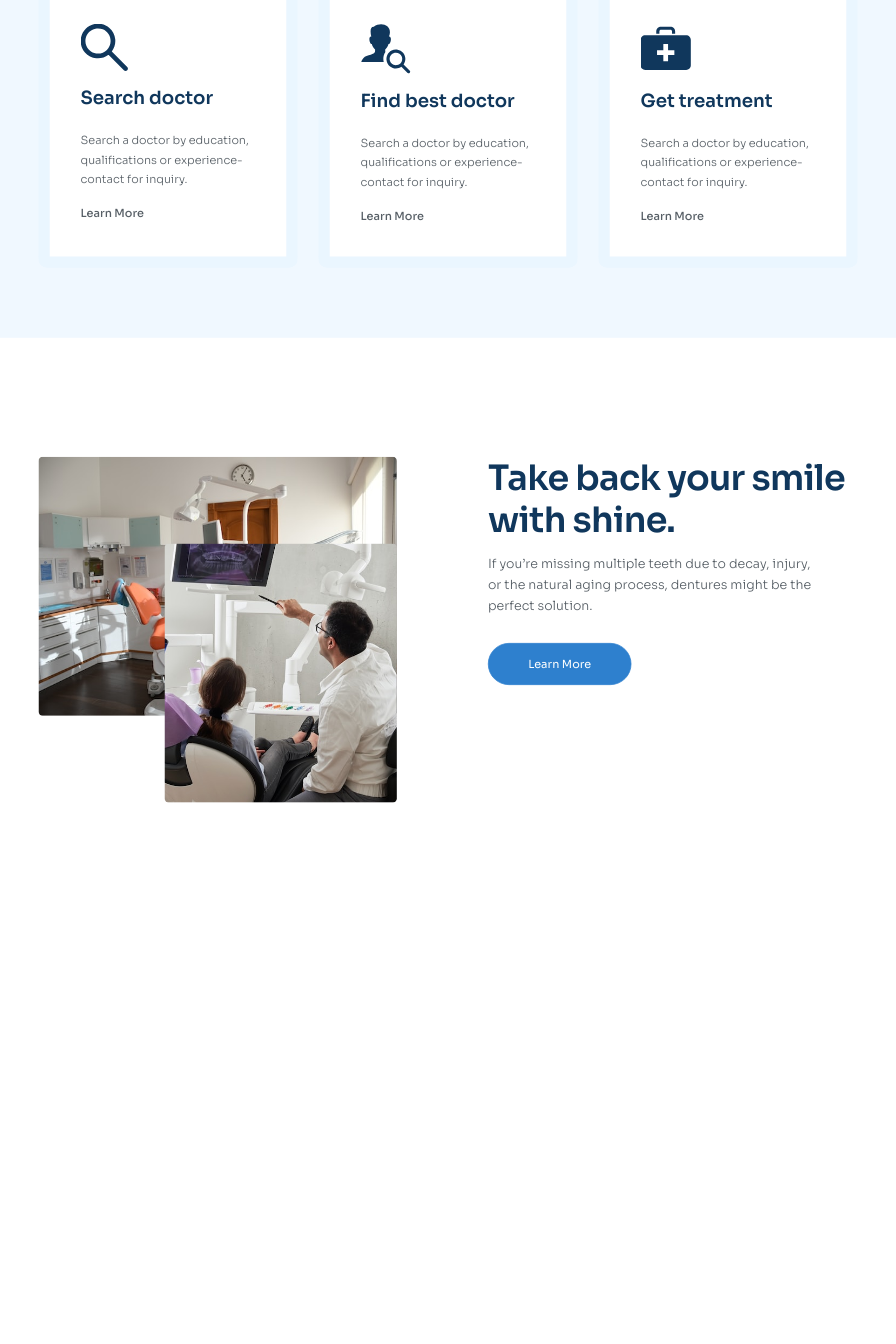
Repository: han2003dz/f8-project-03
Page: index.html
These files come from the project's save history. The page is drawn as it stood at one moment and after the next save; the edit follows.
The browser window is 1280 px wide. The pictures show the part of the page from y = 2221 to 4141 px (the page is 6000 px tall), at 70% of full size.

Above is the page before, as saved 2023-05-06 22:38:09.

### index.html
<!DOCTYPE html>
<html lang="en">

<head>
    <meta charset="UTF-8">
    <meta http-equiv="X-UA-Compatible" content="IE=edge">
    <meta name="viewport" content="width=device-width, initial-scale=1.0">
    <title>Shine Smile</title>
    <!-- favicon -->
    <link rel="apple-touch-icon" sizes="57x57" href="./assets/favicon/apple-icon-57x57.png">
    <link rel="apple-touch-icon" sizes="60x60" href="./assets/favicon/apple-icon-60x60.png">
    <link rel="apple-touch-icon" sizes="72x72" href="./assets/favicon/apple-icon-72x72.png">
    <link rel="apple-touch-icon" sizes="76x76" href="./assets/favicon/apple-icon-76x76.png">
    <link rel="apple-touch-icon" sizes="114x114" href="./assets/favicon/apple-icon-114x114.png">
    <link rel="apple-touch-icon" sizes="120x120" href="./assets/favicon/apple-icon-120x120.png">
    <link rel="apple-touch-icon" sizes="144x144" href="./assets/favicon/apple-icon-144x144.png">
    <link rel="apple-touch-icon" sizes="152x152" href="./assets/favicon/apple-icon-152x152.png">
    <link rel="apple-touch-icon" sizes="180x180" href="./assets/favicon/apple-icon-180x180.png">
    <link rel="icon" type="image/png" sizes="192x192" href="./assets/favicon/android-icon-192x192.png">
    <link rel="icon" type="image/png" sizes="32x32" href="./assets/favicon/favicon-32x32.png">
    <link rel="icon" type="image/png" sizes="96x96" href="./assets/favicon/favicon-96x96.png">
    <link rel="icon" type="image/png" sizes="16x16" href="./assets/favicon/favicon-16x16.png">
    <link rel="manifest" href="./assets/favicon/manifest.json">
    <meta name="msapplication-TileColor" content="#ffffff">
    <meta name="msapplication-TileImage" content="./assets/favicon/ms-icon-144x144.png">
    <meta name="theme-color" content="#ffffff">
    <!-- embed font -->
    <link rel="preconnect" href="https://fonts.googleapis.com">
    <link rel="preconnect" href="https://fonts.gstatic.com" crossorigin>
    <link href="https://fonts.googleapis.com/css2?family=Sora:wght@300;400;500;600;700&display=swap" rel="stylesheet">
    <!-- my css -->
    <link rel="stylesheet" href="/assets/css/reset.css">
    <link rel="stylesheet" href="/assets/css/style.css">
</head>

<body style="height: 6000px;">
    <header class="header">
        <div class="container">
            <!-- nav -->
            <div class="navigation">
                <a href="#!">
                    <div class="logo">
                        <span class="logo__circle"></span>
                        <span class="logo__text">
                            <span class="logo__brand">shine</span>
                            <span class="logo__brand logo__brand--small">smile</span>
                        </span>
                    </div>
                </a>
                <nav class="navbar">
                    <ul class="nav__list">
                        <li class="nav__item">
                            <a href="#!" class="nav__link nav__link--active">Home</a>
                        </li>
                        <li class="nav__item">
                            <a href="#!" class="nav__link">Services</a>
                        </li>
                        <li class="nav__item">
                            <a href="#!" class="nav__link">About</a>
                        </li>
                        <li class="nav__item">
                            <a href="#!" class="nav__link">Doctors</a>
                        </li>
                    </ul>
                </nav>
                <!-- action -->
                <div class="header-action">
                    <a href="#!" class="header-action__login">Log In</a>
                    <button href="#!" class="header-action__sign-up btn">Sign Up</button>
                </div>
            </div>
            <!-- hero -->
            <section class="hero">
                <!-- hero content -->
                <div class="hero__content">
                    <h1 class="hero__heading">Exceptional dental care for all ages.</h1>
                    <p class="hero__desc">Exceptional dental care for all ages. Your great smile begins with a great
                        dentist.</p>
                    <div class="hero__row">
                        <a href="#!" class="btn hero__btn">Book Online</a>
                        <span class="hero__phone">or call (123) 456-7890</span>
                    </div>
                </div>
                <div class="hero__media">
                    <figure class="hero__images">
                        <img src="./assets/img/img1__hero.jpg" alt="" class="hero__img">
                        <img src="./assets/img/img2__hero.jpg" alt="" class="hero__img">
                    </figure>
                </div>

            </section>
        </div>
    </header>
    <main>
        <!-- service -->
        <div class="service">
            <div class="container">
                <h2 class="section-heading">Our services</h2>
                <p class="section-desc">Exceptional dental care for all ages. Your great smile begins with a great
                    dentist.</p>
                <div class="service__row">
                    <figure>
                        <img src="./assets/img/service-img3.jpg" alt="" class="service__img">
                    </figure>
                    <div>
                        <div class="service__list">
                            <!-- item 1 -->
                            <section class="service-item">
                                <div class="service-item__icon">
                                    <!-- icon -->
                                    <svg width="22" height="24" viewBox="0 0 22 24" fill="none"
                                        xmlns="http://www.w3.org/2000/svg">
                                        <path
                                            d="M20.3598 2.63964C17.9506 -0.556131 14.2772 -0.568132 11.2481 1.10682C11.001 1.24657 10.7219 1.31411 10.4406 1.30222C10.1592 1.29033 9.88633 1.19945 9.65105 1.03931C8.49552 0.245717 7.29036 -0.316477 5.13904 0.207462C0.623408 1.3071 0 4.90379 0 8.99816C0.0797353 12.1602 0.500857 15.3032 1.25551 18.3683C2.11836 22.0168 3.90382 24 5.43354 24C6.96326 24 7.00963 22.2204 7.00963 20.8016C7.00963 19.2009 7.39505 14.8009 10.8642 14.8009C13.5317 14.8009 14.3333 18.4013 14.3333 20.8016C14.3329 23.095 15.1722 24 16.6628 24C19.5267 24 20.9796 15.3938 21.3719 13.1237C21.7642 10.8535 22.9882 6.12569 20.3598 2.63964Z"
                                            fill="currentColor" />
                                    </svg>
                                </div>
                                <div class="service-item__body">
                                    <h3 class="service-item__heading">Oral Surgery</h3>
                                    <p class="service-item__desc">
                                        Everything you expect and then some. Cleanings, fillings, and x-rays.
                                    </p>
                                </div>
                            </section>
                            <!-- item 2 -->
                            <section class="service-item">
                                <div class="service-item__icon">
                                    <!-- icon -->
                                    <svg width="22" height="24" viewBox="0 0 22 24" fill="none"
                                        xmlns="http://www.w3.org/2000/svg">
                                        <path
                                            d="M20.3598 2.63964C17.9506 -0.556131 14.2772 -0.568132 11.2481 1.10682C11.001 1.24657 10.7219 1.31411 10.4406 1.30222C10.1592 1.29033 9.88633 1.19945 9.65105 1.03931C8.49552 0.245717 7.29036 -0.316477 5.13904 0.207462C0.623408 1.3071 0 4.90379 0 8.99816C0.0797353 12.1602 0.500857 15.3032 1.25551 18.3683C2.11836 22.0168 3.90382 24 5.43354 24C6.96326 24 7.00963 22.2204 7.00963 20.8016C7.00963 19.2009 7.39505 14.8009 10.8642 14.8009C13.5317 14.8009 14.3333 18.4013 14.3333 20.8016C14.3329 23.095 15.1722 24 16.6628 24C19.5267 24 20.9796 15.3938 21.3719 13.1237C21.7642 10.8535 22.9882 6.12569 20.3598 2.63964Z"
                                            fill="currentColor" />
                                    </svg>
                                </div>
                                <div class="service-item__body">
                                    <h3 class="service-item__heading">Wisdom Teeth Removal</h3>
                                    <p class="service-item__desc">
                                        Everything you expect and then some. Cleanings, fillings, and x-rays.
                                    </p>
                                </div>
                            </section>
                            <!-- item 3 -->
                            <section class="service-item">
                                <div class="service-item__icon">
                                    <!-- icon -->
                                    <svg width="22" height="24" viewBox="0 0 22 24" fill="none"
                                        xmlns="http://www.w3.org/2000/svg">
                                        <path
                                            d="M20.3598 2.63964C17.9506 -0.556131 14.2772 -0.568132 11.2481 1.10682C11.001 1.24657 10.7219 1.31411 10.4406 1.30222C10.1592 1.29033 9.88633 1.19945 9.65105 1.03931C8.49552 0.245717 7.29036 -0.316477 5.13904 0.207462C0.623408 1.3071 0 4.90379 0 8.99816C0.0797353 12.1602 0.500857 15.3032 1.25551 18.3683C2.11836 22.0168 3.90382 24 5.43354 24C6.96326 24 7.00963 22.2204 7.00963 20.8016C7.00963 19.2009 7.39505 14.8009 10.8642 14.8009C13.5317 14.8009 14.3333 18.4013 14.3333 20.8016C14.3329 23.095 15.1722 24 16.6628 24C19.5267 24 20.9796 15.3938 21.3719 13.1237C21.7642 10.8535 22.9882 6.12569 20.3598 2.63964Z"
                                            fill="currentColor" />
                                    </svg>
                                </div>
                                <div class="service-item__body">
                                    <h3 class="service-item__heading">Preventative Dentistry</h3>
                                    <p class="service-item__desc">
                                        Everything you expect and then some. Cleanings, fillings, and x-rays.
                                    </p>
                                </div>
                            </section>
                        </div>
                        <a href="" class="btn service__btn">All Services</a>
                    </div>
                </div>
            </div>
        </div>
        <section class="work">
            <div class="container">
                <h2 class="section-heading heading__work">How it works</h2>
                <p class="section-desc desc__work">Exceptional dental care for all ages. Your great smile begins with a
                    great dentist.
                </p>
                <div class="work__list">
                    <!-- item 1 -->
                    <section class="work-item">
                        <img src="./assets/icon/search.svg" alt="" class="work-item__icon">
                        <h3 class="work-item__heading">Search doctor</h3>
                        <p class="work-item__desc">Search a doctor by education, qualifications or experience-contact
                            for inquiry.
                        </p>
                        <a href="#!" class="learn-more">Learn More</a>
                    </section>
                    <!-- item 2 -->
                    <section class="work-item">
                        <img src="./assets/icon/search-user.svg" alt="" class="work-item__icon">
                        <h3 class="work-item__heading">Find best doctor</h3>
                        <p class="work-item__desc">Search a doctor by education, qualifications or experience-contact
                            for inquiry.
                        </p>
                        <a href="#!" class="learn-more">Learn More</a>
                    </section>
                    <!-- item 3 -->
                    <section class="work-item">
                        <img src="./assets/icon/bag.svg" alt="" class="work-item__icon">
                        <h3 class="work-item__heading">Get treatment</h3>
                        <p class="work-item__desc">Search a doctor by education, qualifications or experience-contact
                            for inquiry.
                        </p>
                        <a href="#!" class="learn-more">Learn More</a>
                    </section>
                </div>
            </div>
        </section>
        <!-- feature -->
        <section class="feature">
            <div class="container">
                <div class="feature-body">
                    <div class="feature__media">
                        <figure class="feature__images">
                            <img src="./assets/img/feature-img1.jpg" alt="" class="feature__img">
                            <img src="./assets/img/feature-img2.jpg" alt="" class="feature__img">
                        </figure>
                    </div>
                    <section class="feature__content">
                        <h2 class="section-heading">Take back your smile with shine.</h2>
                        <p class="section-desc">If you’re missing multiple teeth due to decay, injury, or the natural aging
                            process, dentures might be the perfect solution.
                        </p>
                        <a href="#!" class="btn feature__cta">Learn More</a>
                    </section>
                </div>
            </div>
        </section>
    </main>
    <script src="./assets/app.js"></script>
</body>

</html>

### assets/css/style.css
* {
  box-sizing: border-box;
}
html {
  font-size: 62.5%;
}
body {
  font-size: 1.6rem;
  font-family: "Sora", sans-serif;
}
/* common */
.container {
  width: 1170px;
  max-width: calc(100% - 48px);
  margin: 0 auto;
}
.navigation {
  display: flex;
  justify-content: space-between;
  align-items: center;
}
a {
  text-decoration: none;
}
:root {
  --header-bg: #10375c;
  --primary-color: #2e80ce;
  --height-btn: 60px;
}
.nav__link,
.header-action__login {
  padding: 5px 14px;
  font-size: 1.6rem;
  font-weight: 300;
  color: #c9d2da;
}
.header-action__login:hover,
.nav__link:hover,
.nav__link--active {
  text-shadow: 1px 0 0 #fff;
}
.btn {
  display: inline-block;
  min-width: 205px;
  height: var(--height-btn);
  padding: 0 20px;
  border: 1px solid var(--primary-color);
  line-height: var(--height-btn);
  border-radius: 999px;
  font-weight: 400;
  font-size: 1.6rem;
  text-align: center;
  color: #fff;
  background: var(--primary-color);
}
.btn:hover {
  opacity: 0.9;
  cursor: pointer;
}
/* header */
.header {
  padding-top: 30px;
  padding-bottom: 100px;
  min-height: 100vh;
  background: var(--header-bg);
}

.logo {
  /* 1em = 10px */
  font-size: 1rem;
  position: relative;
  display: inline-flex;
  align-items: center;
}
.logo__circle::before,
.logo__circle::after {
  display: inline-block;
  content: "";
  border-radius: 50%;
}
.logo__circle::before {
  width: 3em;
  height: 3em;
  background: var(--primary-color);
}
.logo__circle::after {
  width: 1.6em;
  height: 1.6em;
  background: #fff;
  position: absolute;
  top: 1.1em;
  left: 1.1em;
}
.logo__text {
  margin-left: 0.6em;
  text-align: right;
  line-height: 1.6em;
}
.logo__brand {
  display: block;
  font-weight: 400;
  font-size: 1.8em;
  color: #fff;
}
.logo__brand--small {
  font-size: 1.2em;
  font-weight: 300;
}
/* navbar */
.navbar .nav__list {
  display: flex;
}
.nav__link {
  padding: 5px 21px;
}
.nav__link--active {
  pointer-events: none;
}
.nav__link--active::before {
  position: relative;
  left: -8px;
  bottom: 2px;
  content: "";
  display: inline-block;
  width: 6px;
  height: 6px;
  background: #fff;
  border-radius: 50%;
}
/* header-action */
.header-action {
  display: flex;
  align-items: center;
}
.header-action__login {
  margin-right: 7px;
}
.header-action__sign-up {
  min-width: 120px;
}
/* hero */
.hero {
  display: flex;
  margin-top: 76px;
  align-items: center;
}
.hero__content {
  /* giải quyết vấn đề co nhỏ */
  flex-shrink: 0;
  width: 44%;
}
.hero__media {
  flex-grow: 1;
}
.hero__heading {
  font-weight: 600;
  font-size: 7rem;
  line-height: 1.14;
  /* or 114% */
  letter-spacing: -0.02em;
  color: #ffffff;
}
.hero__desc {
  font-weight: 300;
  font-size: 1.8rem;
  line-height: 1.67;
  /* or 167% */
  color: #c9d2da;
  margin-top: 22px;
  margin-bottom: 38px;
}
.hero__phone {
  font-weight: 400;
  font-size: 1.8rem;
  line-height: 1.67;
  color: #fff;
}
.hero__row {
  display: flex;
  align-items: center;
  gap: 38px;
}
.hero__images {
  display: flex;
  align-items: center;
  justify-content: flex-end;
}
.hero__img {
  width: 330px;
  height: 500px;
  border-radius: 6px;
  object-fit: cover;
}
.hero__img:last-child {
  width: 210px;
  height: 400px;
}
/* service */
.service {
  padding: 170px 0;
}
.section-heading,
.section-desc {
  text-align: center;
}
.section-heading {
  font-weight: 600;
  font-size: 5rem;
  line-height: 1.2;
  /* identical to box height, or 120% */
  letter-spacing: -0.02em;
  color: #10375c;
  margin-bottom: 18px;
}
.section-desc {
  font-weight: 300;
  font-size: 1.8rem;
  line-height: 1.67;
  /* or 167% */
  margin: 0 auto;
  color: #575f66;
  max-width: 468px;
}
.service__row {
  margin-top: 70px;
  display: flex;
  justify-content: space-between;
  align-items: center;
}
.service__img {
  width: 570px;
  height: 570px;
  object-fit: cover;
  border-radius: 12px;
}
.service-item {
  display: flex;
  max-width: 420px;
  height: 128px;
  background: #ffffff;
  border-radius: 10px;
  align-items: center;
}
.service-item:hover {
  box-shadow: 0px 14px 28px rgba(0, 0, 0, 0.05);
  border-radius: 10px;
  cursor: pointer;
  position: relative;
}
.service-item:hover .service-item__icon {
  background: #2e80ce;
  box-shadow: 0px 8px 16px rgba(40, 155, 222, 0.15);
  color: #fff;
}
.service-item__heading {
  font-weight: 600;
  font-size: 1.8rem;
  line-height: 1.27;
  /* identical to box height */
  color: #10375c;
  margin-bottom: 8px;
}
.service-item__desc {
  font-weight: 300;
  font-size: 1.6rem;
  line-height: 1.75;
  /* or 175% */
  color: #575f66;
  max-width: 308px;
}
.service-item__icon {
  display: flex;
  justify-content: center;
  align-items: center;
  margin-right: 19px;
  margin-left: 22px;
  flex-shrink: 0;
  width: 60px;
  height: 60px;
  border-radius: 50%;
  background: #eff6fd;
  box-shadow: 0px 8px 16px rgba(0, 0, 0, 0.05);
  color: #10375c;
}
.service-item__body {
  margin-left: 20px;
}
.service__btn {
  margin-top: 55px;
}
/* work */
.work {
  padding: 100px 0;
  background: #f0f8ff;
}
.heading__work,
.desc__work {
  text-align: left;
  margin: 0;
}
.desc__work {
  margin-top: 18px;
}
.work__list {
  display: grid;
  grid-template-columns: repeat(3, 1fr);
  margin-top: 70px;
  column-gap: 30px;
}
.work-item {
  padding: 44px;
  border-radius: 12px;
  border: 16px solid #eaf6ff;
  background: #fff;
  transition: 0.25s;
}
.work-item:hover {
  border: 16px solid var(--primary-color);
  transform: translateY(-16px);
}
.work-item__heading {
  margin-top: 18px;
  font-weight: 600;
  font-size: 2.6rem;
  line-height: 1.38;
  /* identical to box height, or 138% */
  color: var(--header-bg);
}
.work-item__desc,
.learn-more {
  margin-top: 28px;
  font-weight: 300;
  font-size: 16px;
  line-height: 28px;
  /* or 175% */
  color: #575f66;
}
.learn-more {
  display: inline-block;
  margin-top: 20px;
  font-weight: 500;
}
.learn-more:hover {
  font-weight: 600;
  color: #2e80ce;
  transition: 0.2s;
  transform: translateY(-3px);
}

/* feature */
.feature {
  margin-top: 85px;
  padding: 85px 0;
}
.feature-body {
  display: flex;
  column-gap: 130px;
}
.feature__media {
  width: 48%;
}
.feature__images {
  position: relative;
  padding-bottom: 121px;
}
.feature__img {
  width: 512px;
  height: 370px;
  border-radius: 6px;
  object-fit: cover;
}
.feature__img:last-child {
  width: 332px;
  position: absolute;
  right: 0;
  bottom: 0;
}
.section-heading {
  font-size: 5rem;
  line-height: 1.2;
}
.feature__content .section-heading,
.feature__content .section-desc {
  text-align: left;
  margin: 0;
}
.feature__content .section-desc{
  margin-top: 18px;
}
.feature__cta {
  margin-top: 38px;
}

### assets/app.js
const navItems = document.querySelectorAll(".nav__link");
function handleClickNav(event){
    [...navItems].forEach(item => item.classList.remove("nav__link--active"));
    event.target.classList.add("nav__link--active");
    console.log(event.target);
}
[...navItems].forEach(item => item.addEventListener("click", handleClickNav));

Loaded but not shown: assets/css/reset.css (common file)

After the next save:
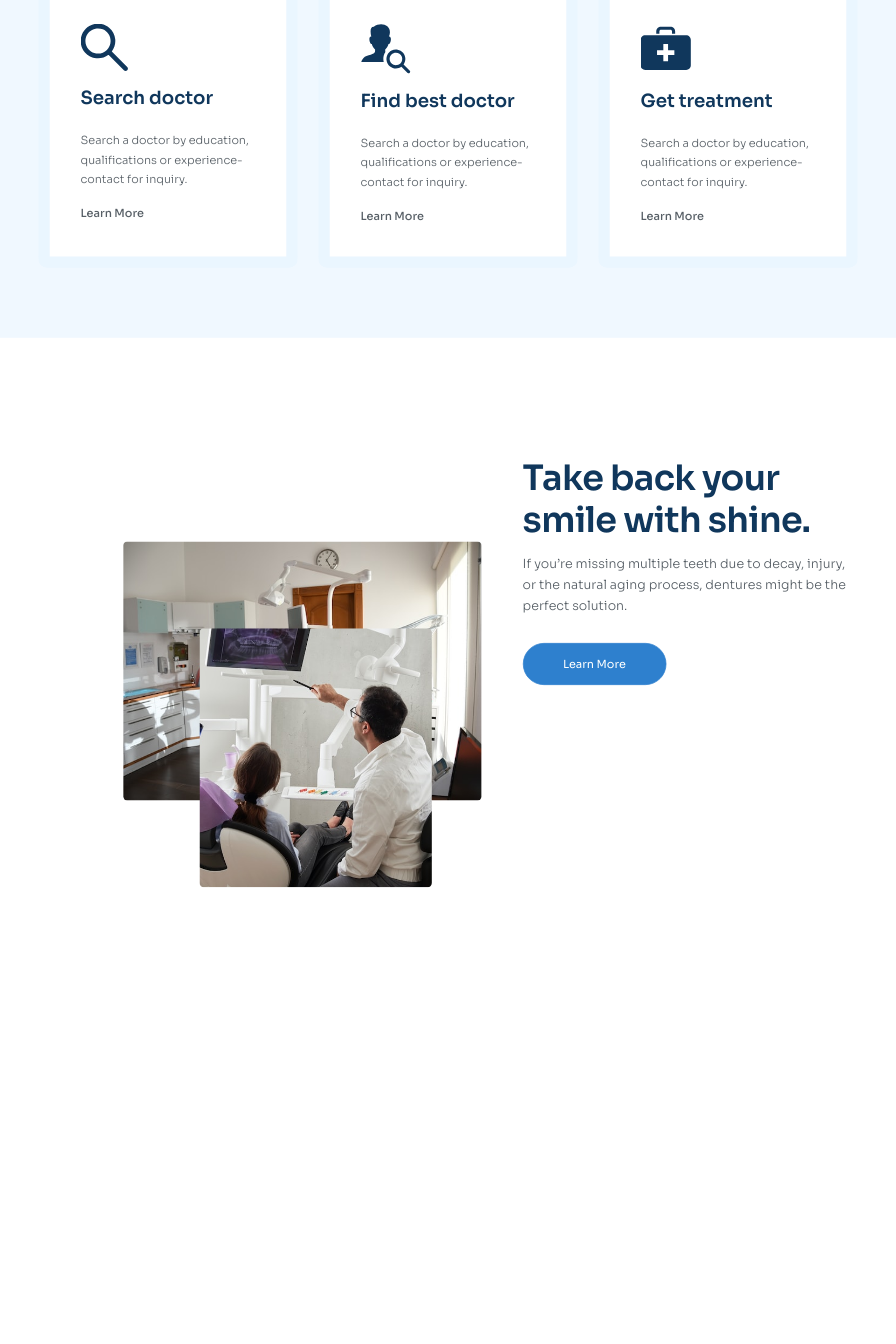
Saved 59 s later.
--- a/assets/css/style.css
+++ b/assets/css/style.css
@@ -361,7 +361,7 @@ a {
 }
 .feature__images {
   position: relative;
-  padding-bottom: 121px;
+  padding: 121px;
 }
 .feature__img {
   width: 512px;
